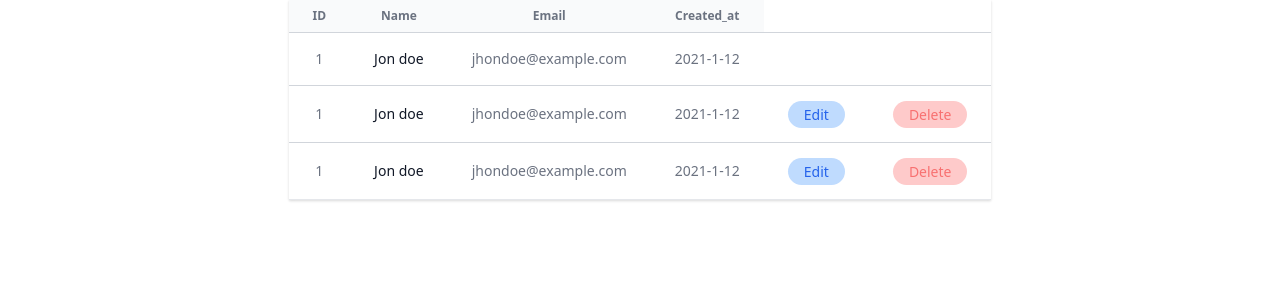
Repository: maikeru-desu/parking-lot
Page: / (app in parking-lot-fe/)
The author's editor kept a copy of each file at every save. The page is drawn from the files as they stood at one save, then again after the next save.
The browser window is 1280 px wide. The pictures show the whole page.
The project was rebuilt for these pictures with package versions that can differ from the ones it lists, and the page was loaded fresh each time. Also part of the build but not shown: parking-lot-fe/craco.config.js.

Above is the page before, as saved 2021-10-13 23:37:27.

### parking-lot-fe/src/index.js
import React from 'react';
import ReactDOM from 'react-dom';
import './index.css';
import App from './App';
import {Provider} from "react-redux";
import {BrowserRouter} from "react-router-dom";
import reportWebVitals from './reportWebVitals';
import store from './redux/store';

ReactDOM.render(
    <React.StrictMode>
        <BrowserRouter>
            <Provider store={store}>
                <App />
            </Provider>
        </BrowserRouter>
    </React.StrictMode>,
    document.getElementById('root')
);

// If you want to start measuring performance in your app, pass a function
// to log results (for example: reportWebVitals(console.log))
// or send to an analytics endpoint. Learn more: https://bit.ly/CRA-vitals
reportWebVitals();

### parking-lot-fe/src/App.js
import logo from './logo.svg';
import './App.css';
import {Switch, Route} from "react-router-dom";
import Home from './pages/Home';

function App() {
  return (
    <div className="App">
        <Switch>
            <Route exact path="/" component={Home} />
        </Switch>
    </div>
  );
}

export default App;

### parking-lot-fe/src/redux/store.js
import {createStore, applyMiddleware} from "redux";
import logger from "redux-logger";
import reduxThunk from "redux-thunk";
import rootReducer from "./root-reducer";

const middlewares = [reduxThunk];

if (process.env.NODE_ENV === "development") {
    middlewares.push(logger)
}

const store = createStore(rootReducer, applyMiddleware(...middlewares));

export default store;

### parking-lot-fe/src/pages/Home.js
import React from 'react'

const Home = () => {
    return (
        <div className="container flex justify-center mx-auto">
            <div className="flex flex-col">
                <div className="w-full">
                    <div className="border-b border-gray-200 shadow">
                        <table className="divide-y divide-gray-300 ">
                            <thead className="bg-gray-50">
                                <tr>
                                    <th className="px-6 py-2 text-xs text-gray-500">
                                        ID
                                    </th>
                                    <th className="px-6 py-2 text-xs text-gray-500">
                                        Name
                                    </th>
                                    <th className="px-6 py-2 text-xs text-gray-500">
                                        Email
                                    </th>
                                    <th className="px-6 py-2 text-xs text-gray-500">
                                        Created_at
                                    </th>
                                </tr>
                            </thead>
                            <tbody className="bg-white divide-y divide-gray-300">
                                <tr className="whitespace-nowrap">
                                    <td className="px-6 py-4 text-sm text-gray-500">
                                        1
                                    </td>
                                    <td className="px-6 py-4">
                                        <div className="text-sm text-gray-900">
                                            Jon doe
                                        </div>
                                    </td>
                                    <td className="px-6 py-4">
                                        <div className="text-sm text-gray-500">jhondoe@example.com</div>
                                    </td>
                                    <td className="px-6 py-4 text-sm text-gray-500">
                                        2021-1-12
                                    </td>
                                </tr>
                                <tr className="whitespace-nowrap">
                                    <td className="px-6 py-4 text-sm text-gray-500">
                                        1
                                    </td>
                                    <td className="px-6 py-4">
                                        <div className="text-sm text-gray-900">
                                            Jon doe
                                        </div>
                                    </td>
                                    <td className="px-6 py-4">
                                        <div className="text-sm text-gray-500">jhondoe@example.com</div>
                                    </td>
                                    <td className="px-6 py-4 text-sm text-gray-500">
                                        2021-1-12
                                    </td>
                                    <td className="px-6 py-4">
                                        <a href="#" className="px-4 py-1 text-sm text-blue-600 bg-blue-200 rounded-full">Edit</a>
                                    </td>
                                    <td className="px-6 py-4">
                                        <a href="#" className="px-4 py-1 text-sm text-red-400 bg-red-200 rounded-full">Delete</a>
                                    </td>
                                </tr>
                                <tr className="whitespace-nowrap">
                                    <td className="px-6 py-4 text-sm text-gray-500">
                                        1
                                    </td>
                                    <td className="px-6 py-4">
                                        <div className="text-sm text-gray-900">
                                            Jon doe
                                        </div>
                                    </td>
                                    <td className="px-6 py-4">
                                        <div className="text-sm text-gray-500">jhondoe@example.com</div>
                                    </td>
                                    <td className="px-6 py-4 text-sm text-gray-500">
                                        2021-1-12
                                    </td>
                                    <td className="px-6 py-4">
                                        <a href="#" className="px-4 py-1 text-sm text-blue-600 bg-blue-200 rounded-full">Edit</a>
                                    </td>
                                    <td className="px-6 py-4">
                                        <a href="#" className="px-4 py-1 text-sm text-red-400 bg-red-200 rounded-full">Delete</a>
                                    </td>
                                </tr>
                            </tbody>
                        </table>
                    </div>
                </div>
            </div>
        </div>
    )
}

export default Home

### parking-lot-fe/src/redux/root-reducer.js
import {combineReducers} from "redux";
import eventsReducers from "./reducer";

const rootReducer = combineReducers({
    events: eventsReducers
});

export default rootReducer;

### parking-lot-fe/src/redux/reducer.js
const initialState = {
    events: [],
    event: {},
    loading: false
}

const eventsReducers = (state = initialState, action) => {
    switch (action.type) {
        default:
            return state;
    }
}

export default eventsReducers;

Loaded but not shown: parking-lot-fe/src/index.css (common file); parking-lot-fe/src/reportWebVitals.js (common file); parking-lot-fe/src/App.css (common file); parking-lot-fe/tailwind.config.js (common file)

After the next save:
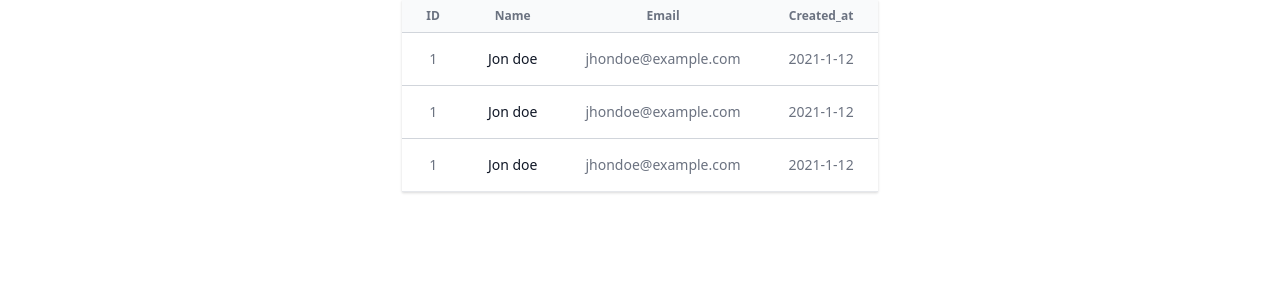
Saved 5 s later.
--- a/parking-lot-fe/src/pages/Home.js
+++ b/parking-lot-fe/src/pages/Home.js
@@ -55,12 +55,6 @@ const Home = () => {
                                     <td className="px-6 py-4 text-sm text-gray-500">
                                         2021-1-12
                                     </td>
-                                    <td className="px-6 py-4">
-                                        <a href="#" className="px-4 py-1 text-sm text-blue-600 bg-blue-200 rounded-full">Edit</a>
-                                    </td>
-                                    <td className="px-6 py-4">
-                                        <a href="#" className="px-4 py-1 text-sm text-red-400 bg-red-200 rounded-full">Delete</a>
-                                    </td>
                                 </tr>
                                 <tr className="whitespace-nowrap">
                                     <td className="px-6 py-4 text-sm text-gray-500">
@@ -77,12 +71,6 @@ const Home = () => {
                                     <td className="px-6 py-4 text-sm text-gray-500">
                                         2021-1-12
                                     </td>
-                                    <td className="px-6 py-4">
-                                        <a href="#" className="px-4 py-1 text-sm text-blue-600 bg-blue-200 rounded-full">Edit</a>
-                                    </td>
-                                    <td className="px-6 py-4">
-                                        <a href="#" className="px-4 py-1 text-sm text-red-400 bg-red-200 rounded-full">Delete</a>
-                                    </td>
                                 </tr>
                             </tbody>
                         </table>
